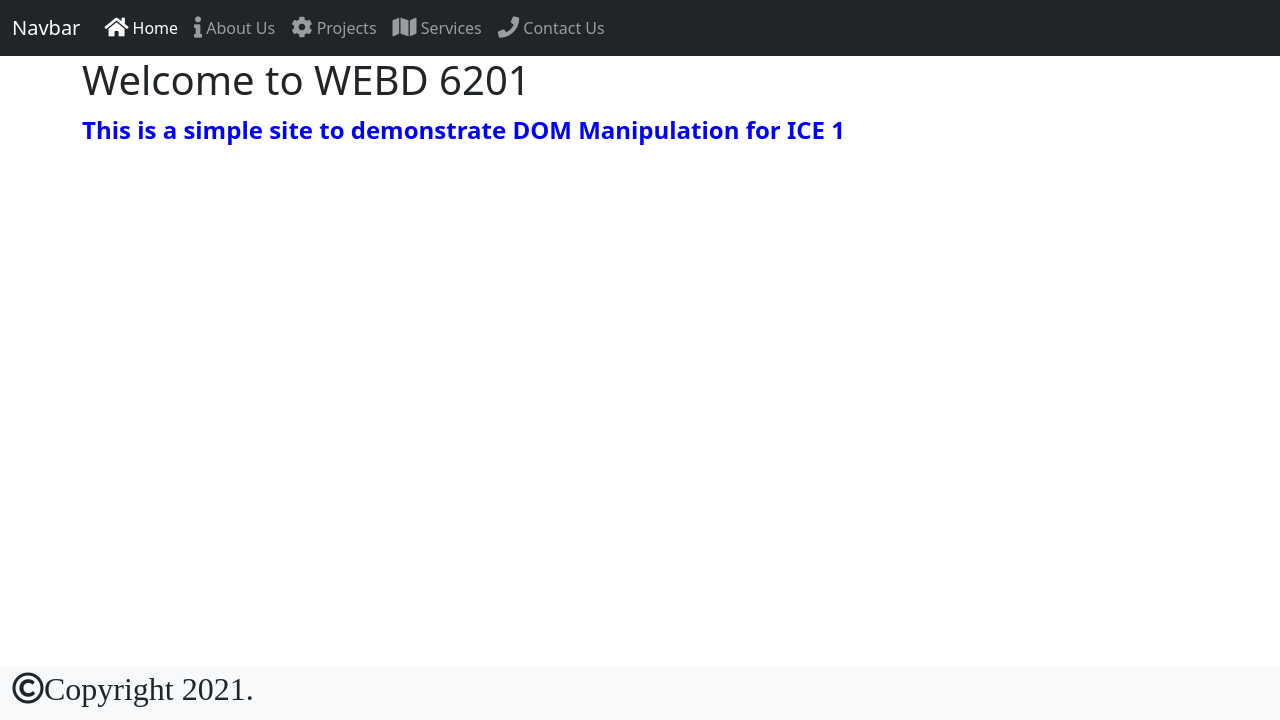
Repository: vans12345678/WEBD6201-W2021-Week3
Page: index.html
The author's editor kept a copy of each file at every save. The page is drawn from the files as they stood at one save, then again after the next save.
The browser window is 1280 px wide. The pictures show the whole page.

Above is the page before, as saved 2021-01-20 21:20:55.

### index.html
<!DOCTYPE html>
<html lang="en">
<head>
    <meta charset="UTF-8">
    <meta name="viewport" content="width=device-width, initial-scale=1.0">
    <title>WEBD 6201 - W2021-ICE 1</title>

    <!-- CSS Section -->
    <link rel="stylesheet" href="./node_modules/bootstrap/dist/css/bootstrap.min.css">
    <link rel="stylesheet" href="./node_modules/@fortawesome/fontawesome-free/css/all.min.css">
    <link rel="stylesheet" href="./Content/app.css">

</head>

<body>
    <header>
        <nav class="navbar navbar-expand-lg navbar-dark bg-dark">
            <div class="container-fluid">
              <a class="navbar-brand" href="#">Navbar</a>
              <button class="navbar-toggler" type="button" data-bs-toggle="collapse" data-bs-target="#navbarSupportedContent" aria-controls="navbarSupportedContent" aria-expanded="false" aria-label="Toggle navigation">
                <span class="navbar-toggler-icon"></span>
              </button>
              <div class="collapse navbar-collapse" id="navbarSupportedContent">
                <ul class="navbar-nav me-auto mb-2 mb-lg-0">
                  <li class="nav-item">
                    <a class="nav-link active" aria-current="page" href="#"><i class="fas fa-home fa-lg"></i> Home</a>
                  </li>

                  <li class="nav-item">
                    <a class="nav-link" aria-current="page" href="#"><i class="fas fa-info fa-lg"></i> About Us</a>
                  </li>

                  <li class="nav-item">
                    <a class="nav-link" aria-current="page" href="#"><i class="fas fa-cog fa-lg"></i> Projects</a>
                  </li>

                  <li class="nav-item">
                    <a class="nav-link" aria-current="page" href="#"><i class="fas fa-map fa-lg"></i> Services</a>
                  </li>

                  <li class="nav-item">
                    <a class="nav-link" aria-current="page" href="#"><i class="fas fa-phone fa-lg"></i> Contact Us</a>
                  </li>
                </ul>
              </div>
            </div>
          </nav>
    </header>

    <main class="container">
        <h1>Welcome to WEBD 6201</h1>
        <p id="paragraphOne"></p>
    </main>
    <footer>
        <nav class="navbar fixed-bottom navbar-light bg-light">
            <div class="container-fluid">
                <h4><i class="far fa-copyright fa-lg">Copyright 2021.</i></h4>
            </div>
          </nav>
    </footer>
    <!-- Script Section -->

    <script src="./node_modules/jquery/dist/jquery.min.js"></script>
    <script src="./node_modules/bootstrap/dist/js/bootstrap.bundle.min.js"></script>
    <script src="./Scripts/app.js"></script>
</body>
</html>

### Scripts/app.js
/* Custom JavaScript goes here */

//IIFE - Immediately Invoked Function Expression
//AKA - Anonymous Self-Executing Function
//Closure - limits scope leak

"use strict";

(function(){

    function Start()
    {
        console.log("App Started...");

        let paragraphOneText = "This is a simple site to demonstrate DOM Manipulation for ICE 1";
        let paragraphOneElement = document.getElementById("paragraphOne");

        paragraphOneElement.textContent = paragraphOneText;
        paragraphOneElement.style = "color: blue; font-weight: bold;";
        paragraphOneElement.className = "fs-4 fw-bold";


        console.log(paragraphOneElement);


    }

    window.addEventListener("load", Start);

})();

Loaded but not shown: node_modules/bootstrap/dist/css/bootstrap.min.css (library); node_modules/@fortawesome/fontawesome-free/css/all.min.css (library); Content/app.css (common file); node_modules/jquery/dist/jquery.min.js (library); node_modules/bootstrap/dist/js/bootstrap.bundle.min.js (library)

After the next save:
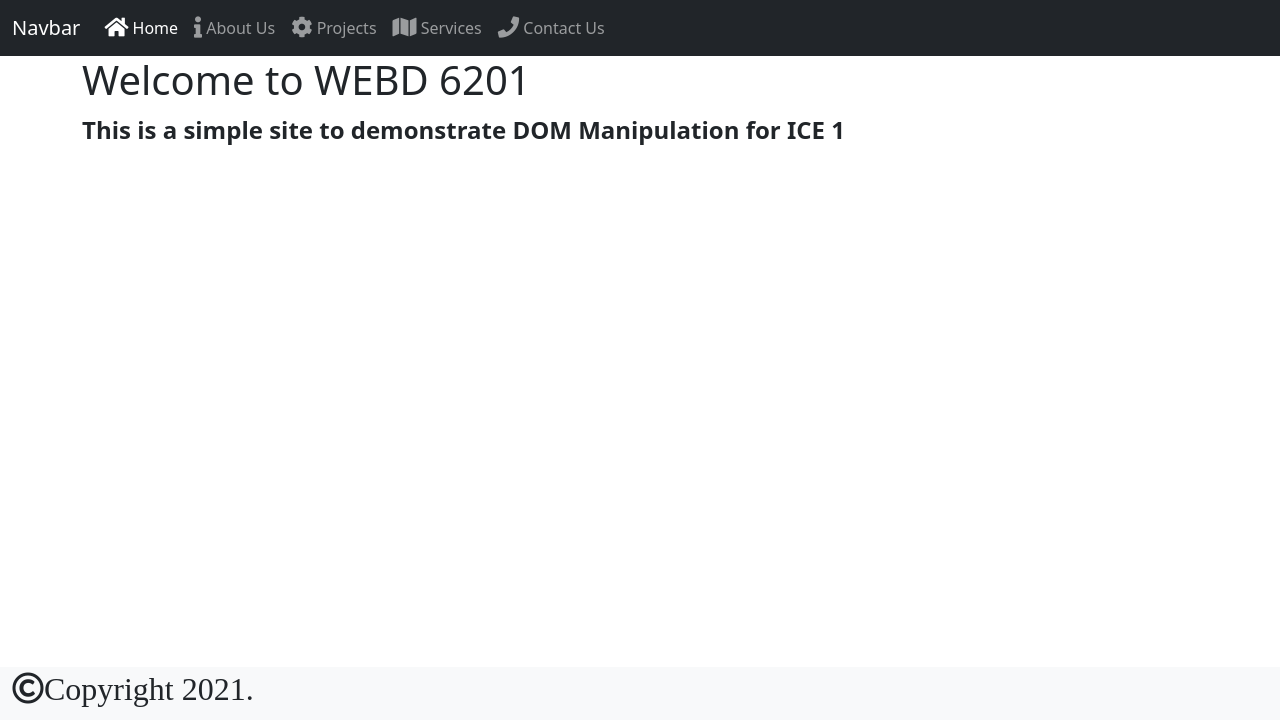
Saved 9 s later.
--- a/Scripts/app.js
+++ b/Scripts/app.js
@@ -16,7 +16,7 @@
         let paragraphOneElement = document.getElementById("paragraphOne");
 
         paragraphOneElement.textContent = paragraphOneText;
-        paragraphOneElement.style = "color: blue; font-weight: bold;";
+        //paragraphOneElement.style = "color: blue; font-weight: bold;";
         paragraphOneElement.className = "fs-4 fw-bold";
 
 
